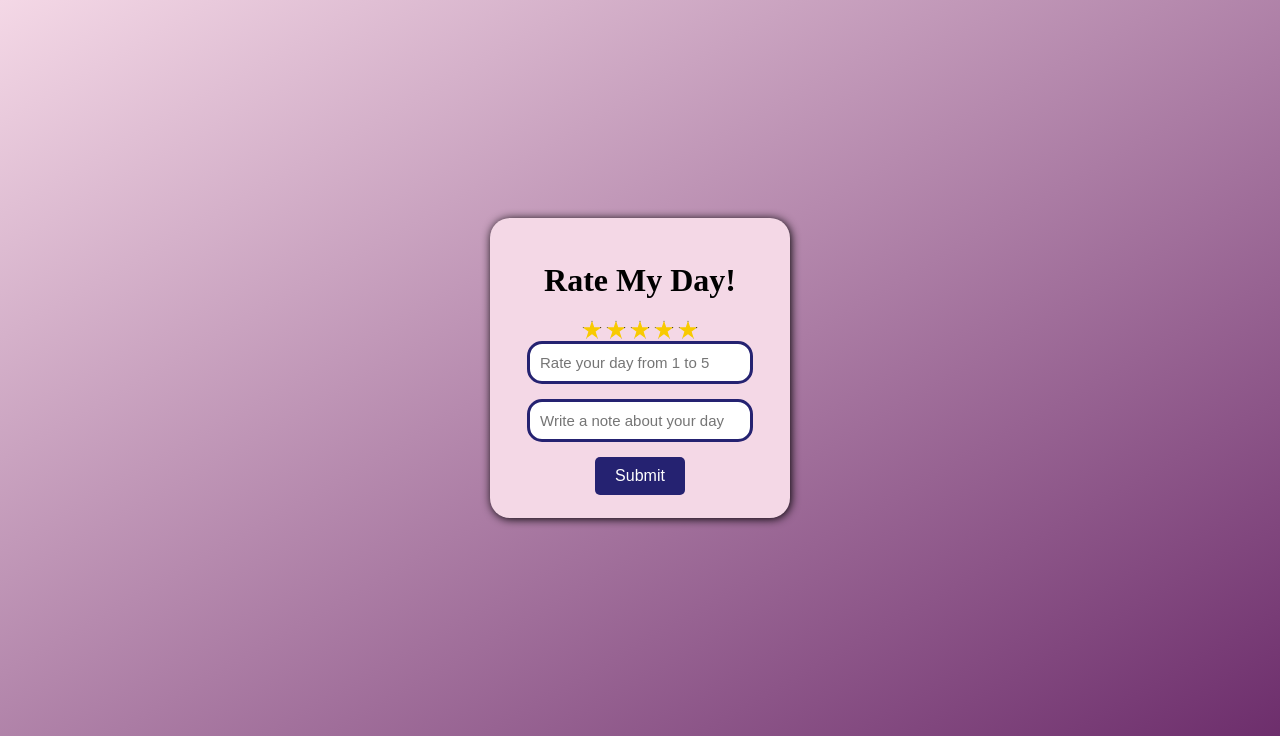
Repository: elenav24/RateMyDay
Page: frontend/index.html
The author's editor kept a copy of each file at every save. The page is drawn from the files as they stood at one save, then again after the next save.
The browser window is 1280 px wide. The pictures show the whole page.

Above is the page before, as saved 2025-05-15 13:24:28.

### frontend/index.html
<!DOCTYPE html>

<html lang="en">
    <head>
        <meta charset="utf-8">
        <title>Rate My Day!</title>
        <meta name="description" content="Welcome to Rate My Day!">
        <meta name="viewport" content="width=device-width, initial-scale=1">
        <link rel="stylesheet" href="style.css">
    </head>
    <body>
        <div class="card">
            <h1>Rate My Day!</h1>
                <div class="stars">
                    <button class="star-btn" id="star1" onclick=fillStar(1) data-value="1"></button>
                    <button class="star-btn" id="star2" onclick=fillStar(2) data-value="2"></button>
                    <button class="star-btn" id="star3" onclick=fillStar(3) data-value="3"></button>
                    <button class="star-btn" id="star4" onclick=fillStar(4) data-value="4"></button>
                    <button class="star-btn" id="star5" onclick=fillStar(5) data-value="5"></button>
                </div>
            <input type="text" id="rating" placeholder="Rate your day from 1 to 5">
            <input type="text" id="note" placeholder="Write a note about your day">
            <button id="submit">Submit</button>
        </div>

        <script src="script.js" defer></script>
    </body>
</html>

### frontend/style.css
body {
    display: flex;
    justify-content: center;
    align-items: center;
    height: 100vh;
    background: linear-gradient(to right bottom, #f4d8e6, #6d2e6c);
}

.card {
    display: flex;
    flex-direction: column;
    align-items: center;
    justify-content: center;
    width: 300px;
    height: 300px;
    box-shadow: 1px 1px 10px #000;
    border-radius: 20px;
    background-color: #f4d8e6;
}

#rating, #note {
    border: 3px solid #252271;
    border-radius: 15px;
    width: 200px;
    padding: 10px;
    padding-left: 10px;
    margin-bottom: 15px;
    font-size: 15px;
}

#submit {
    background-color: #252271;
    color: white;
    border: none;
    border-radius: 5px;
    padding: 10px 20px;
    cursor: pointer;
    font-size: 16px;
}

.star-btn {
    width: 20px;
    aspect-ratio: 1;
    background: #F8CA00;
    clip-path: polygon(50% 0,
        calc(50%*(1 + sin(.4turn))) calc(50%*(1 - cos(.4turn))),
        calc(50%*(1 - sin(.2turn))) calc(50%*(1 - cos(.2turn))),
        calc(50%*(1 + sin(.2turn))) calc(50%*(1 - cos(.2turn))),
        calc(50%*(1 - sin(.4turn))) calc(50%*(1 - cos(.4turn)))
    );
  /* or more simple
  clip-path: polygon(50% 0,79% 90%,2% 35%,98% 35%,21% 90%);
   */
}

.star-btn.hover {
    color: gold;
}

.star-btn.filled {
    color: gold;
}

### frontend/script.js
document.addEventListener('DOMContentLoaded', () => {
    const button = document.getElementById('submit');
    const rating = document.getElementById('rating');
    const note = document.getElementById('note');

    button.addEventListener('click', async () => {
        const ratingValue = parseInt(rating.value);
        const noteValue = note.value;

        if (isNaN(ratingValue) || ratingValue < 1 || ratingValue > 5) {
            alert('Please enter a valid rating between 1 and 5.');
            return;
        }

        const payload = {
            rating: ratingValue,
            note: noteValue
        };

        try {
            const response = await fetch('http://localhost:8000/rate', {
                method: 'POST',
                headers: {
                    'Content-Type': 'application/json'
                },
                body: JSON.stringify(payload)

            });

            const data = await response.json();
            alert(data.message);



        } catch (error) {
            console.error('Submission Error:', error);
            alert('An error occurred while submitting your rating.');
        }

        // Clear the input fields after submission
        rating.value = '';
        note.value = '';

    });

});

const stars = document.querySelectorAll('.stars .star-btn');

stars.forEach(star => {
    star.addEventListener('mouseenter', () => {
        const value = parseInt(star.getAttribute('data-value'));
        highlightStars(value);
});

    star.addEventListener('mouseleave', () => {
        highlightStars(0); // Clear preview
});

    star.addEventListener('click', () => {
        const value = parseInt(star.getAttribute('data-value'));
        fillStars(value);
    });
});

    function highlightStars(value) {
    stars.forEach(star => {
        const starValue = parseInt(star.getAttribute('data-value'));
        star.classList.toggle('hover', starValue <= value);
    });
}

    function fillStars(value) {
    stars.forEach(star => {
        const starValue = parseInt(star.getAttribute('data-value'));
        star.classList.toggle('filled', starValue <= value);
    });
}

After the next save:
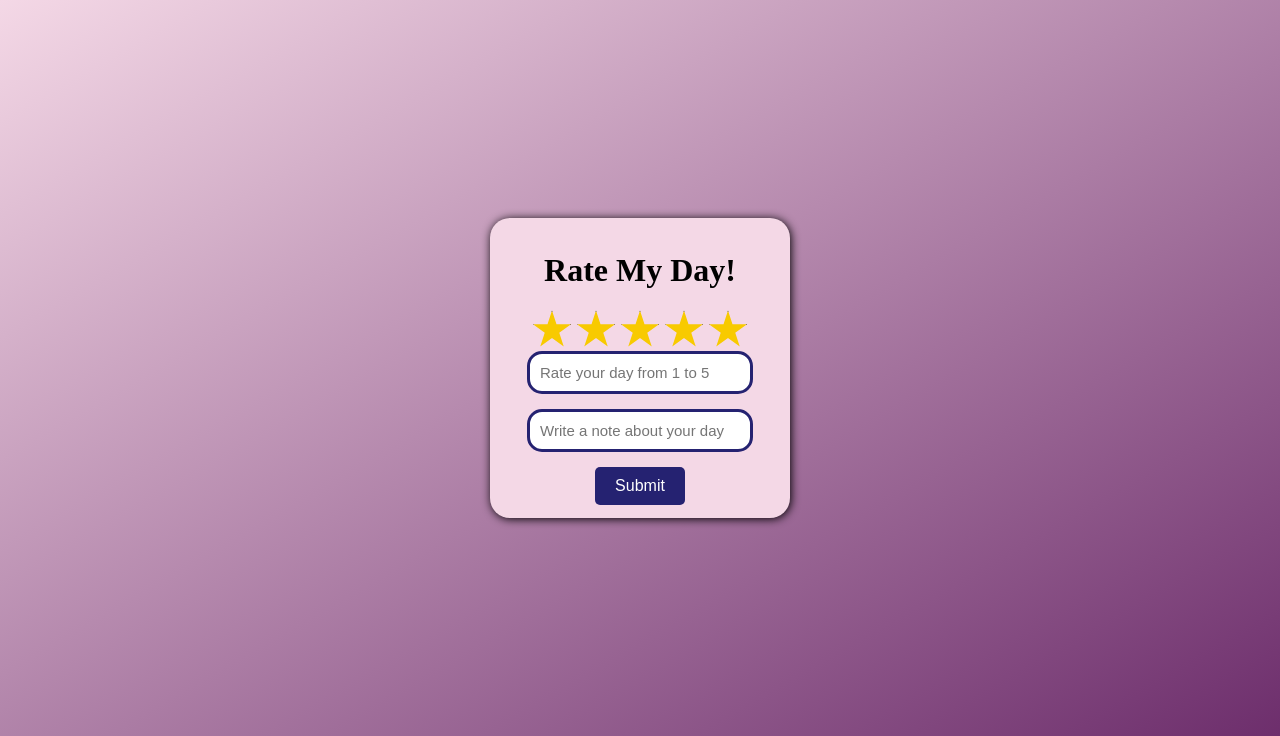
Saved 7 s later.
--- a/frontend/style.css
+++ b/frontend/style.css
@@ -39,7 +39,7 @@ body {
 }
 
 .star-btn {
-    width: 20px;
+    width: 40px;
     aspect-ratio: 1;
     background: #F8CA00;
     clip-path: polygon(50% 0,
